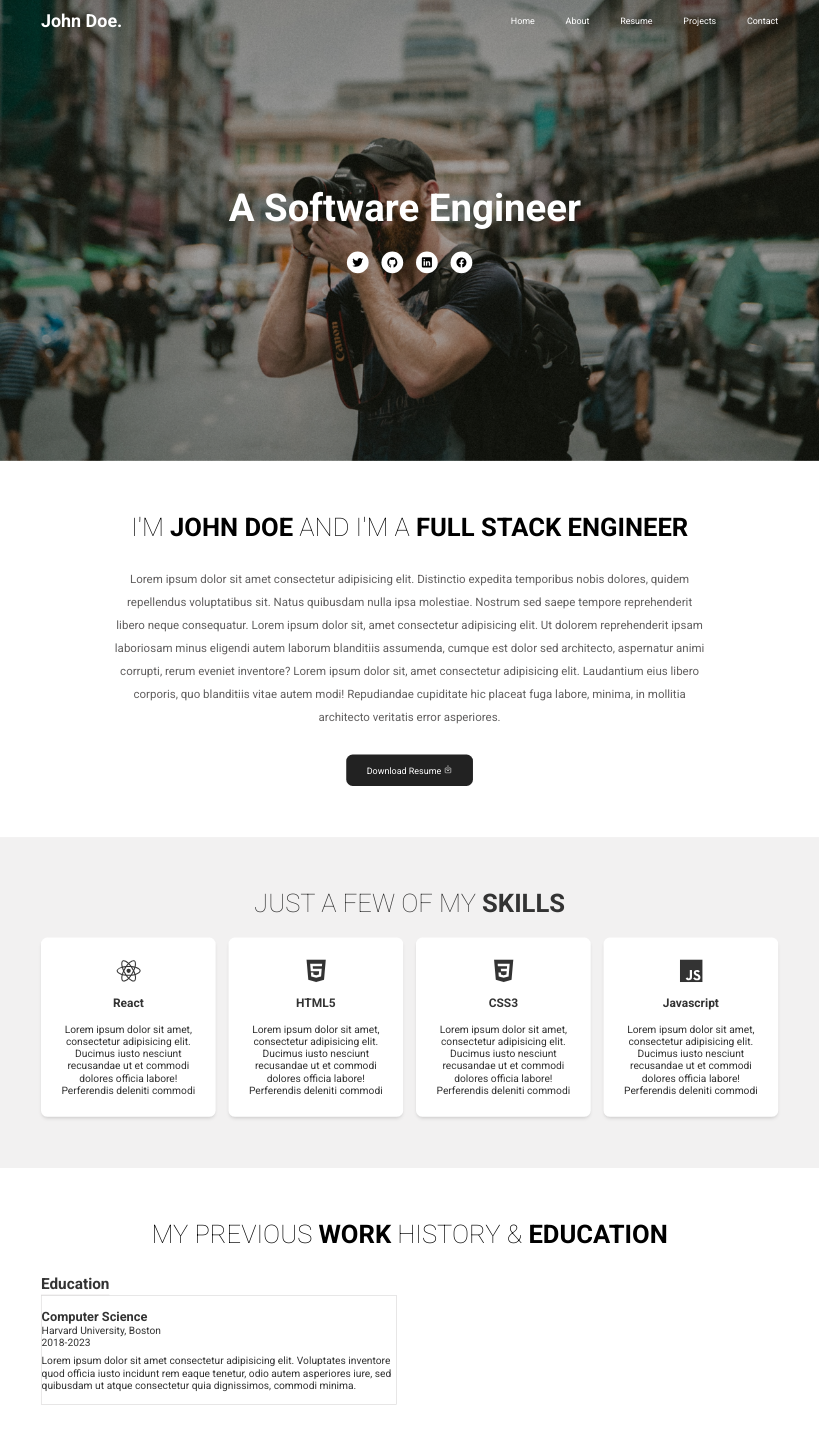
Repository: DevAntonioRogers/portfolio-tutorial
Page: index.html
An editor plug-in stored every save of this project. The page is shown before and after the next save, followed by the edit.
The browser window is 1280 px wide. The pictures show the whole page, at 64% of full size.
Backgrounds fixed to the window are drawn as part of the page.

Above is the page before, as saved 2023-11-01 07:21:30.

### index.html
<!DOCTYPE html>
<html lang="en">
  <head>
    <meta charset="UTF-8" />
    <meta
      name="viewport"
      content="width=device-width, initial-scale=1.0"
    />
    <script src="https://unpkg.com/typed.js@2.0.16/dist/typed.umd.js"></script>
    <script
      type="module"
      src="https://unpkg.com/ionicons@7.1.0/dist/ionicons/ionicons.esm.js"
    ></script>
    <script
      nomodule
      src="https://unpkg.com/ionicons@7.1.0/dist/ionicons/ionicons.js"
    ></script>
    <link rel="stylesheet" href="./styles/main.css" />
    <title>John Doe Portfolio</title>
  </head>
  <body>
    <!-------- NAVBAR --------->
    <header>
      <nav role="navigation" aria-label="Navigation">
        <div class="container navbar">
          <h1>John Doe.</h1>

          <ul class="nav-menu">
            <li><a href="#home">Home</a></li>
            <li><a href="#about">About</a></li>
            <li><a href="#resume">Resume</a></li>
            <li><a href="#projects">Projects</a></li>
            <li><a href="#contact">Contact</a></li>
          </ul>

          <button
            aria-label="Toggle Mobile Menu"
            class="hamburger"
          >
            <span class="bar"></span>
            <span class="bar"></span>
            <span class="bar"></span>
          </button>
        </div>
      </nav>
    </header>

    <main>
      <!--HERO SECTION -->
      <section id="home" class="hero">
        <div class="hero-overlay"></div>
        <div class="container hero-content">
          <div class="hero-text">
            <h2 id="typed-text"></h2>
          </div>

          <div
            class="hero-socials"
            aria-label="Social Media Links"
          >
            <a href="#" aria-label="Twitter Link"
              ><ion-icon name="logo-twitter"></ion-icon
            ></a>
            <a href="#" aria-label="Github Link"
              ><ion-icon name="logo-github"></ion-icon
            ></a>
            <a href="#" aria-label="LinkedIn Link"
              ><ion-icon name="logo-linkedin"></ion-icon
            ></a>
            <a href="#" aria-label="Facebook Link"
              ><ion-icon name="logo-facebook"></ion-icon
            ></a>
          </div>
        </div>
      </section>

      <!--ABOUT SECTION-->
      <section class="about" id="about">
        <div class="container">
          <h1>
            I'm <strong>John Doe</strong> and I'm a
            <strong>full stack engineer</strong>
          </h1>

          <div class="about-info">
            <p>
              Lorem ipsum dolor sit amet consectetur
              adipisicing elit. Distinctio expedita
              temporibus nobis dolores, quidem repellendus
              voluptatibus sit. Natus quibusdam nulla ipsa
              molestiae. Nostrum sed saepe tempore
              reprehenderit libero neque consequatur. Lorem
              ipsum dolor sit, amet consectetur adipisicing
              elit. Ut dolorem reprehenderit ipsam
              laboriosam minus eligendi autem laborum
              blanditiis assumenda, cumque est dolor sed
              architecto, aspernatur animi corrupti, rerum
              eveniet inventore? Lorem ipsum dolor sit, amet
              consectetur adipisicing elit. Laudantium eius
              libero corporis, quo blanditiis vitae autem
              modi! Repudiandae cupiditate hic placeat fuga
              labore, minima, in mollitia architecto
              veritatis error asperiores.
            </p>
          </div>

          <button
            class="about-button"
            aria-label="Download Resume Button"
          >
            Download Resume
            <ion-icon
              name="download-outline"
              aria-hidden="true"
            ></ion-icon>
          </button>
        </div>
      </section>

      <!--SKILLS SECTION-->
      <section class="skills" id="skills">
        <h1>Just a few of my <strong>skills</strong></h1>
        <div class="container skill-grid">
          <div class="skill">
            <ion-icon
              name="logo-react"
              class="skill-icon"
              aria-hidden="true"
            ></ion-icon>
            <h3>React</h3>
            <p>
              Lorem ipsum dolor sit amet, consectetur
              adipisicing elit. Ducimus iusto nesciunt
              recusandae ut et commodi dolores officia
              labore! Perferendis deleniti commodi
            </p>
          </div>
          <div class="skill">
            <ion-icon
              name="logo-html5"
              class="skill-icon"
              aria-hidden="true"
            ></ion-icon>
            <h3>HTML5</h3>
            <p>
              Lorem ipsum dolor sit amet, consectetur
              adipisicing elit. Ducimus iusto nesciunt
              recusandae ut et commodi dolores officia
              labore! Perferendis deleniti commodi
            </p>
          </div>
          <div class="skill">
            <ion-icon
              name="logo-CSS3"
              class="skill-icon"
              aria-hidden="true"
            ></ion-icon>
            <h3>CSS3</h3>
            <p>
              Lorem ipsum dolor sit amet, consectetur
              adipisicing elit. Ducimus iusto nesciunt
              recusandae ut et commodi dolores officia
              labore! Perferendis deleniti commodi
            </p>
          </div>
          <div class="skill">
            <ion-icon
              name="logo-javascript"
              class="skill-icon"
              aria-hidden="true"
            ></ion-icon>
            <h3>Javascript</h3>
            <p>
              Lorem ipsum dolor sit amet, consectetur
              adipisicing elit. Ducimus iusto nesciunt
              recusandae ut et commodi dolores officia
              labore! Perferendis deleniti commodi
            </p>
          </div>
        </div>
      </section>

      <!--RESUME-->
      <section class="resume" id="resume">
        <div class="container">
          <h1>
            My Previous <strong>Work</strong> History &
            <strong>Education</strong>
          </h1>

          <div class="resume-content">
            <div class="education">
              <h2>Education</h2>

              <article>
                <div class="card-header">
                  <div class="card-header-info">
                    <p>Computer Science</p>
                    <p>Harvard University, Boston</p>
                  </div>
                  <span>2018-2023</span>
                </div>
                <p class="card-info">
                  Lorem ipsum dolor sit amet consectetur
                  adipisicing elit. Voluptates inventore
                  quod officia iusto incidunt rem eaque
                  tenetur, odio autem asperiores iure, sed
                  quibusdam ut atque consectetur quia
                  dignissimos, commodi minima.
                </p>
              </article>
            </div>
          </div>
        </div>
      </section>
    </main>

    <script src="./app.js"></script>
  </body>
</html>

### styles/main.css
@import url("https://fonts.googleapis.com/css2?family=Roboto:wght@100;400;500;700&display=swap");
@import url(./navbar.css);
@import url(./hero.css);
@import url(./about.css);
@import url(./skills.css);
@import url(./resume.css);

* {
  box-sizing: border-box;
  padding: 0;
  margin: 0;
  font-family: "Roboto", sans-serif;
}

html {
  scroll-behavior: smooth;
}

li {
  list-style: none;
}

a {
  text-decoration: none;
  color: inherit;
}

button {
  outline: none;
  border: none;
  background: inherit;
}

.container {
  width: 90%;
  margin: 0 auto;
  max-width: 1400px;
  height: 100%;
}

article {
  padding: 20px 0;
  display: flex;
  flex-direction: column;
  gap: 10px;
  border: solid 1px #dad9d9;
}

### app.js
//NAVBAR

const hamburger = document.querySelector('.hamburger')
const navMenu = document.querySelector('.nav-menu')
const body = document.querySelector('body')
const navLinks = navMenu.querySelectorAll('li');

hamburger.addEventListener('click', () => {
  hamburger.classList.toggle('active')
  navMenu.classList.toggle('active')
  body.classList.toggle("no-scroll")
})

function closeMenu() {
  hamburger.classList.remove('active')
  navMenu.classList.remove('active')
  body.classList.remove("no-scroll")
}

navLinks.forEach((link) => {
  link.addEventListener('click', closeMenu)
})

//TYPING DELETING TEXT
function initTypedText() {
  const options = {
    strings: [
      "Hello, I'm John Doe",
      "A Software Engineer",
      "From New York",
    ],
    typeSpeed: 50,
    backSpeed: 30,
    backDelay: 1000,
    startDelay: 500,
    loop: true,
  }
  const typed = new Typed("#typed-text", options)
}

initTypedText()

### styles/navbar.css
nav {
  background-color: transparent;
  position: fixed;
  width: 100%;
  z-index: 999;
  top: 0;
  left: 0;
  padding: 1rem 0;
}

.navbar {
  display: flex;
  justify-content: space-between;
  align-items: center;
}

.navbar h1 {
  color: white;
  font-size: 28px;
}

.nav-menu {
  display: flex;
  gap: 3rem;
  align-items: center;
}

.nav-menu li {
  font-size: 14px;
  color: white;
}

.bar {
  background-color: white;
  display: block;
  width: 23px;
  height: 2px;
  margin: 5px auto;
  transition: all 0.3s ease-in-out;
}

.hamburger {
  display: none;
  z-index: 999;
}

@media only screen and (max-width: 768px) {
  .hamburger {
    display: block;
  }

  .nav-menu {
    position: fixed;
    top: 0;
    right: 0;
    width: 100%;
    height: 100%;
    flex-direction: column;
    align-items: center;
    background-color: black;
    padding: 20px 0;
    z-index: 10;
    transition: 0.3s ease-in-out;
    gap: 5rem;
    padding-top: 6rem;
    left: -100%;
  }

  .nav-menu.active {
    left: 0;
  }

  .hamburger.active .bar:nth-child(2) {
    opacity: 0;
  }

  .hamburger.active .bar:nth-child(1) {
    transform: translateY(8px) rotate(45deg);
  }

  .hamburger.active .bar:nth-child(3) {
    transform: translatey(-6px) rotate(-45deg);
  }
}

### styles/hero.css
.hero {
  position: relative;
  height: 100vh;
  background: url(/assets/hero.jpg);
  background-size: cover;
  z-index: 1;
  background-attachment: fixed;
}

.hero-overlay {
  position: absolute;
  width: 100%;
  height: 100%;
  background-color: #0000005e;
  top: 0;
  left: 0;
  z-index: 1;
}

.hero-content {
  display: flex;
  gap: 2rem;
  flex-direction: column;
  align-items: center;
  justify-content: center;
  position: relative;
  z-index: 2;
  color: white;
}

.hero-socials {
  display: flex;
  align-items: center;
  gap: 20px;
}

.hero-socials ion-icon {
  background-color: white;
  color: black;
  padding: 8px;
  border-radius: 100%;
  font-size: 18px;
}

.hero-text {
  display: flex;
}

.hero-content h2 {
  font-size: 60px;
}

.typed-cursor {
  font-size: 60px;
  opacity: 1;
}

@media only screen and (max-width: 650px) {
  .hero-content h2 {
    font-size: 30px;
  }

  .typed-cursor {
    font-size: 30px;
    opacity: 1;
  }
}

### styles/about.css
.about {
  padding: 5rem 0;
  text-align: center;
}

.about-info {
  display: flex;
  gap: 20px;
  margin: 40px 0;
}

.about h1 {
  font-weight: 100;
  font-size: 40px;
  text-transform: uppercase;
}

.about p {
  font-size: 18px;
  color: rgb(97, 95, 95);
  line-height: 2;
  max-width: 80%;
  margin: 0 auto;
}

.about-button {
  padding: 1rem 2rem;
  background: #222;
  color: white;
  border: none;
  border-radius: 10px;
  font-size: 14px;
  cursor: pointer;
}

.about-button:hover {
  background-color: black;
  transition: 0.3s ease-in-out;
}

### styles/skills.css
.skills {
  background-color: rgb(242, 241, 241);
  padding: 5rem 0;
  color: #333;
  text-align: center;
}

.skills h1 {
  font-weight: 100;
  font-size: 40px;
  text-transform: uppercase;
  margin-bottom: 30px;
}

.skill-grid {
  display: grid;
  grid-template-columns: repeat(4, minmax(0, 1fr));
  gap: 20px;
}

.skill {
  display: flex;
  flex-direction: column;
  justify-content: center;
  align-items: center;
  text-align: center;
  padding: 2rem;
  gap: 20px;
  border-radius: 10px;
  background-color: white;
  box-shadow: 0 4px 6px -1px rgb(0 0 0 / 0.1),
    0 2px 4px -2px rgb(0 0 0 / 0.1);
}

.skill-icon {
  font-size: 40px;
}

@media only screen and (max-width: 992px) {
  .skill-grid {
    grid-template-columns: repeat(2, minmax(0, 1fr));
  }
}

@media only screen and (max-width: 768px) {
  .skill-grid {
    grid-template-columns: repeat(1, minmax(0, 1fr));
  }
}

/* @media only screen and (max-width: 480px) {
  .skills h1 {
    font-size: 30px;
  }
} */

### styles/resume.css
.resume {
  padding: 5rem 0;
}

.resume h1 {
  font-weight: 100;
  font-size: 40px;
  text-transform: uppercase;
  margin-bottom: 40px;
  text-align: center;
}

.resume h2 {
  border-bottom: 1px solid #dad9d9;
  padding-bottom: 3px;
  display: inline-block;
}

.resume-content {
  display: grid;
  gap: 40px;
  grid-template-columns: repeat(2, minmax(0, 1fr));
  color: #333;
}

.card-header-info p:nth-child(1) {
  font-weight: 800;
  font-size: 20px;
}

After the next save:
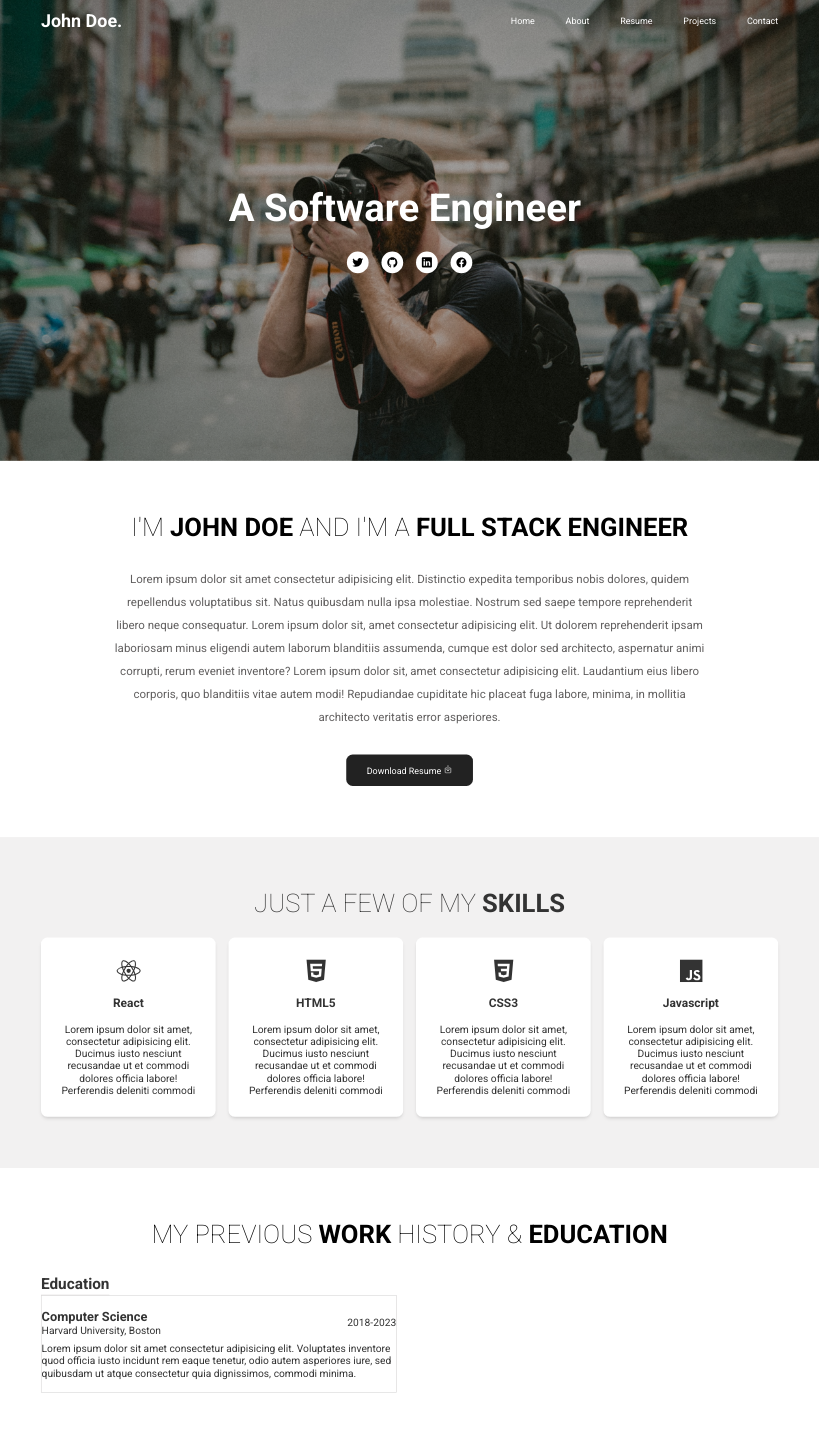
Saved 28 s later.
--- a/styles/resume.css
+++ b/styles/resume.css
@@ -27,3 +27,9 @@
   font-weight: 800;
   font-size: 20px;
 }
+
+.card-header {
+  display: flex;
+  justify-content: space-between;
+  align-items: center;
+}
